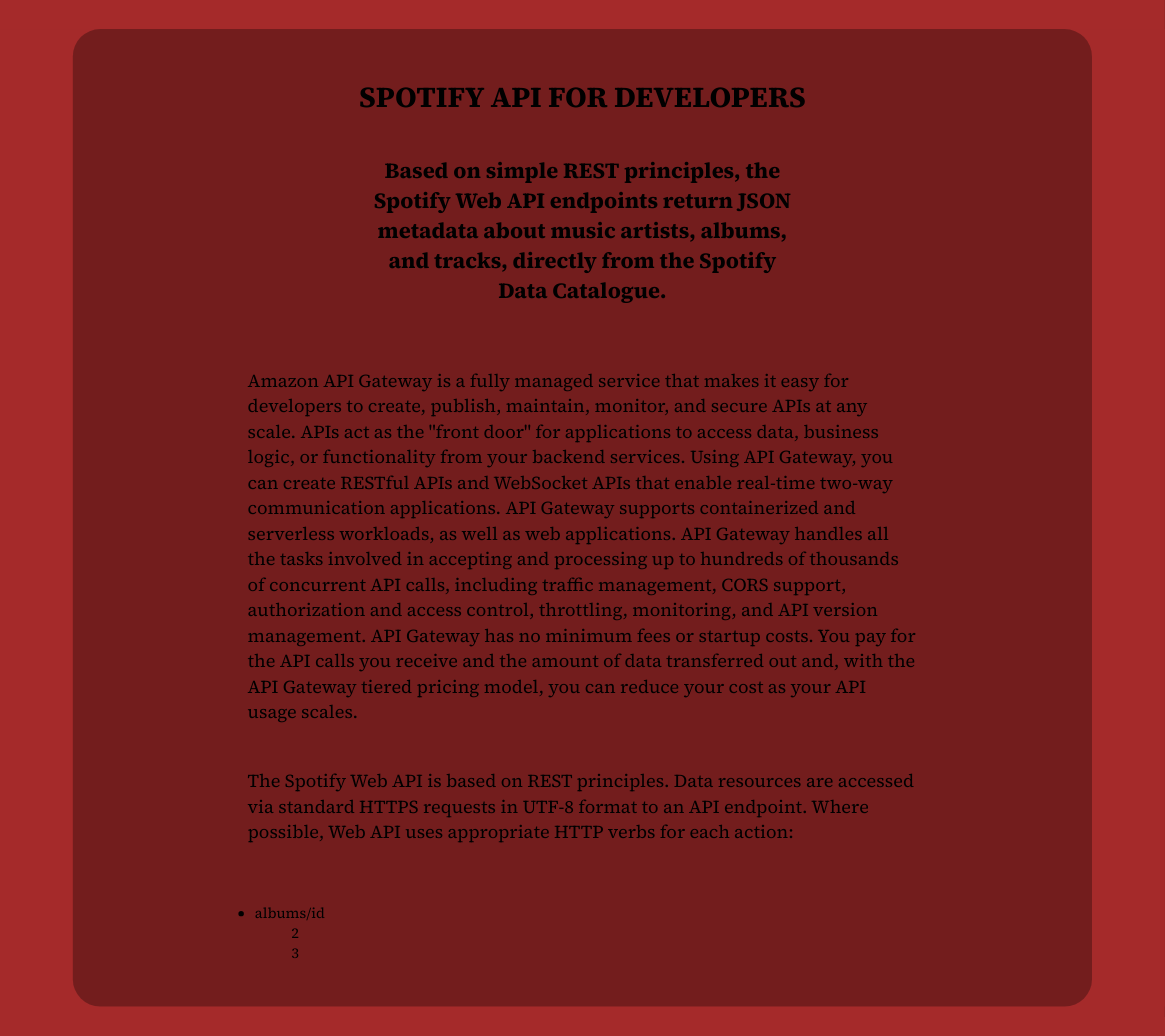
Repository: eliasihai/dizza-html-project
Page: index.html
These files come from the project's save history. The page is drawn as it stood at one moment and after the next save; the edit follows.
The browser window is 1280 px wide. The pictures show the whole page, at 91% of full size.

Above is the page before, as saved 2022-01-26 00:58:42.

After the next save:
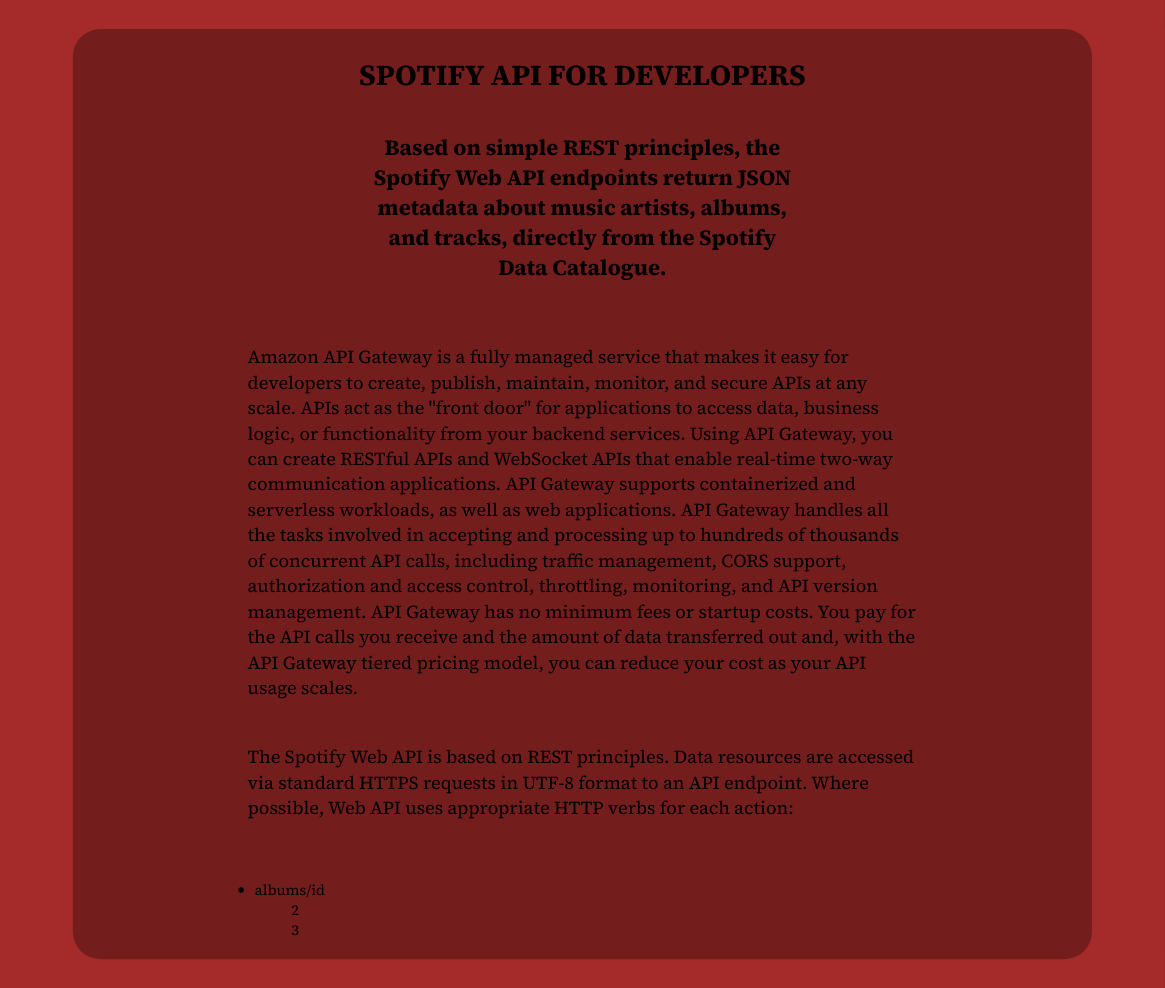
Saved 4 s later.
--- a/style.css
+++ b/style.css
@@ -10,7 +10,7 @@
   /* background-position: center; */
   background-repeat: no-repeat;
   /* background-size: cover; */
-  padding: 2em 10em;
+  padding: 0.4em 10em;
   margin: 2em 5em;
   background-color: rgba(0,0,0,0.3);
   border-radius: 30px;
